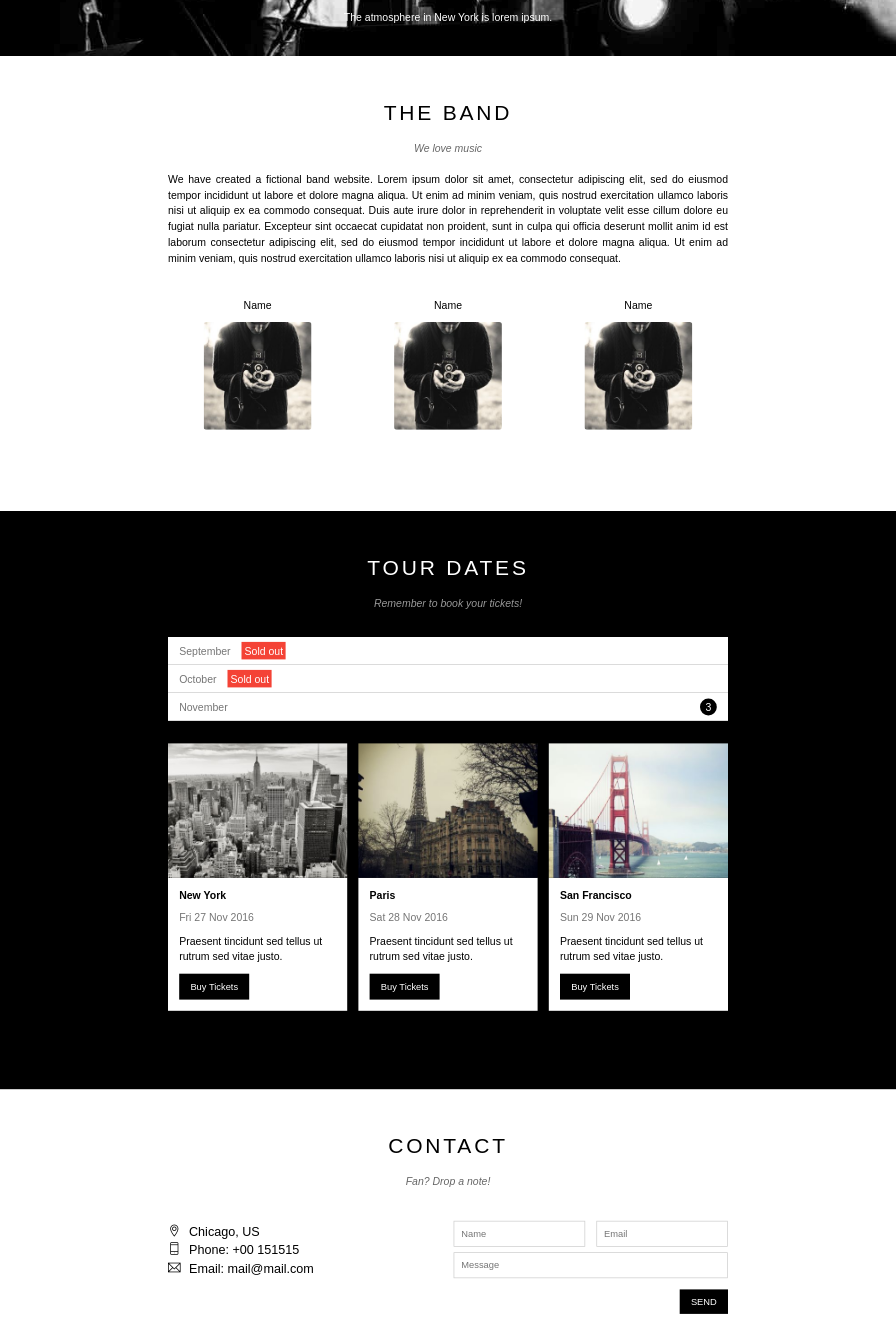
Repository: maivannhan1998/git-w3band
Page: index.html
These files come from the project's save history. The page is drawn as it stood at one moment and after the next save; the edit follows.
The browser window is 1280 px wide. The pictures show the part of the page from y = 560 to 2480 px (the page is 3447 px tall before and 3462 px after), at 70% of full size.

Above is the page before, as saved 2021-09-08 23:16:22.

### index.html
<!DOCTYPE html>
<html lang="en">
<head>
    <meta charset="UTF-8">
    <meta http-equiv="X-UA-Compatible" content="IE=edge">
    <meta name="viewport" content="width=device-width, initial-scale=1.0">
    <title>Document</title>
    <link rel="stylesheet" href="./asset/css/style.css">
    <link rel="stylesheet" href="./asset/fontss/themify-icons/themify-icons.css">
</head>
<body>
    <div id="main">
        <div id="header">
            <!-- Begin: nav -->
            <ul id="nav">
                <li><a href="">Home</a></li>
                <li><a href="">Tour</a></li>
                <li><a href="">Band</a></li>
                <li><a href="">Contact</a></li>
                <li><a href="">
                    More
                    <i class="nav-arrow-down ti-angle-down"></i>
                </a>
                    <ul class="subnav">
                        <li><a href="">Merchandise</a></li>
                        <li><a href="">Extras</a></li>
                        <li><a href="">Media</a></li>
                    </ul>
                </li>
            </ul>
            <!-- End: nav -->

            <!-- Begin: Search button -->
            <div class="search-btn">
                <i class="search-icon ti-search"></i>
            </div>
            <!-- End: Search button -->


        </div>

        <div id="slider">
            <div class="text-content">
                <h2 class="text-heading">New York</h2>
                <div class="text-des">The atmosphere in New York is lorem ipsum.</div>
            </div>
        </div>

        <div id="content">
            <!-- About section -->
            <div class="content-section">
                <h2 class="heading-section">THE BAND</h2>
                <p class="heading-sub-section">We love music</p>
                <p class="about-text">We have created a fictional band website. Lorem ipsum dolor sit amet, consectetur adipiscing elit, sed do eiusmod tempor incididunt ut labore et dolore magna aliqua. Ut enim ad minim veniam, quis nostrud exercitation ullamco laboris nisi ut aliquip ex ea commodo consequat. Duis aute irure dolor in reprehenderit in voluptate velit esse cillum dolore eu fugiat nulla pariatur. Excepteur sint occaecat cupidatat non proident, sunt in culpa qui officia deserunt mollit anim id est laborum consectetur adipiscing elit, sed do eiusmod tempor incididunt ut labore et dolore magna aliqua. Ut enim ad minim veniam, quis nostrud exercitation ullamco laboris nisi ut aliquip ex ea commodo consequat.</p>
                <div class="row members-list">
                    <div class="col col-third text-center">
                         <p class="member-name">Name</p>
                         <img src="./asset/img/band/member1.jpg" alt="Name" class="member-img">
                    </div>
                    <div class="col col-third text-center">
                        <p class="member-name">Name</p>
                        <img src="./asset/img/band/member1.jpg" alt="Name" class="member-img">
                   </div>
                   <div class="col col-third text-center">
                        <p class="member-name">Name</p>
                        <img src="./asset/img/band/member1.jpg" alt="Name" class="member-img">
                    </div>


                </div>
            </div>

            <!--Tour section  -->
            <div class="tour-section">

                <div class="content-section">
                    <h2 class="heading-section text-white">TOUR DATES</h2>
                    <p class="heading-sub-section text-white">Remember to book your tickets!</p>
                    <ul class="tickets-list">
                        <li>September<span class="sold-out">Sold out</span></li>
                        <li>October<span class="sold-out">Sold out</span></li>
                        <li>November<span class="quanity">3</span></li>
                    </ul>

                    <!-- Place section -->
                    <div class="row places-list">
                        <div class="col col-third ">
                            <img src="./asset/img/places/newyork.jpg" alt="New York" class="place-img">
                            <div class="place-content">
                                <h3 class="place-heading">New York</h3>
                                <p class="place-time">Fri 27 Nov 2016</p>
                                <p class="place-des">Praesent tincidunt sed tellus ut rutrum sed vitae justo.</p>
                                <button class="place-buy-btn js-buy-ticket">Buy Tickets</button>
                            </div>
                        </div>

                        <div class=" col col-third ">
                            <img src="./asset/img/places/paris.jpg" alt="Paris" class="place-img">
                            <div class="place-content">
                                <h3 class="place-heading">Paris</h3>
                                <p class="place-time">Sat 28 Nov 2016</p>
                                <p class="place-des">Praesent tincidunt sed tellus ut rutrum sed vitae justo.</p>
                                <button class="place-buy-btn js-buy-ticket">Buy Tickets</button>
                            </div>
                        </div>

                        <div class=" col col-third ">
                            <img src="./asset/img/places/sanfran.jpg" alt="San Francisco" class="place-img">
                            <div class="place-content">
                                <h3 class="place-heading">San Francisco</h3>
                                <p class="place-time">Sun 29 Nov 2016</p>
                                <p class="place-des">Praesent tincidunt sed tellus ut rutrum sed vitae justo.</p>
                                <button class="place-buy-btn js-buy-ticket">Buy Tickets</button>
                            </div>
                        </div>


                    </div>
                </div>


            </div>

            <!-- Contact section -->

            <div class="content-section">
                <h2 class="heading-section">CONTACT</h2>
                <p class="heading-sub-section">Fan? Drop a note!</p>


                <div class="row contact-content">
                    <div class="col col-half contact-info">
                           <p><i class="ti-location-pin"></i>Chicago, US</p>
                           <p><i class="ti-mobile"></i>Phone: +00 151515</p>
                           <p><i class="ti-email"></i>Email: mail@mail.com</p>
                    </div>
                    <div class="col col-half contact-form">
                        <form action="">
                            <div class="row">
                                   <div class="col col-half">
                                       <input type="text" name="" placeholder="Name" required  id="contact-name" class="form-control">
                                   </div>
                                   <div class="col col-half">
                                       <input type="email" name="" placeholder="Email" required id="contact-email" class="form-control">
                                   </div>
                                   <!-- <div class="clear"></div> -->
                            </div>
                            <div class="row mt-8">
                               <div class="col col-full">
                                   <input type="text" name="" placeholder="Message" id="contact-message" required class="form-control">
                               </div>
                            </div>
                            <input class="form-submit-btn mt-16" type="submit" value="SEND">

                        </form>
                    </div>
                </div>
            </div>

            <!-- End contact section -->

            <div class="map-section">
                <img src="./asset/img/map.jpg" alt="Map">
            </div>



        </div>

        <div id="footer">
            <div class="social-list">
                <a href=""><i class="ti-facebook"></i></a>
                <a href=""><i class="ti-instagram"></i></a>
                <a href=""><i class="ti-github"></i></a>
                <a href=""><i class="ti-pinterest"></i></a>
                <a href=""><i class="ti-twitter"></i></a>
                <a href=""><i class="ti-linkedin"></i></a>
            </div>
            <p class="copyright">Powered by <a href="">w3.css</a></p>
        </div>
    </div>

    <div class="modal js-modal">
        <div class= "modal-container js-modal-container">
            <div class="modal-close js-modal-close">
                <i class="ti-close"></i>
            </div>
            <header class="modal-header">
                <i class="modal-tibag-icon ti-bag"></i>
                Tickets
            </header>

            <div class="modal-body">
                <label for="ticket-quanity" class="modal-label">
                    <i class="ti-shopping-cart"></i>
                    Tickets, $15 per person
                </label>
                <input id="ticket-quanity" type="text" class="modal-input" placeholder="How many?">

                <label for="ticket-email" class="modal-label">
                    <i class="ti-user"></i>
                    Send to
                </label>
                <input id="ticket-email" type="email" class="modal-input" placeholder="Enter mail...">

                <button id="buy-tickets">
                    Pay <i class="ti-check"></i>
                </button>


            </div>

            <footer class="modal-footer">
                <p class="modal-help">Need <a href="">help?</a></p>
            </footer>
        </div>
    </div>

 <script>
        const buyBtns = document.querySelectorAll('.js-buy-ticket')
        const modal = document.querySelector('.js-modal')
        const modalContainer = document.querySelector('.js-modal-container')
        const modalClose = document.querySelector('.js-modal-close')

        function showBuyTickets() {
            modal.classList.add('open')
        }
        function hidenBuyTickets() {
            modal.classList.remove('open')
        }

        for ( const buyBtn of buyBtns) {
            buyBtn.addEventListener('click', showBuyTickets )
        }

        modalClose.addEventListener('click', hidenBuyTickets)

        modal.addEventListener('click', hidenBuyTickets)

        modalContainer.addEventListener('click', function(event){
            event.stopPropagation()
        })

    </script>



</body>
</html>

### asset/css/style.css
/* Reset CSS*/
*{
    padding: 0;
    margin: 0;
    box-sizing: border-box;
}

/* common */

.row {
    margin-left: -8px;
    margin-right: -8px;
}

.row::after {
    content: "";
    display: block;
    clear: both;
}

.col {
    float: left;
    padding-left: 8px;
    padding-right: 8px;
}

.col-third {
    width: 33.33333%;
}

.col-half {
    width: 50%;
}

.col-full {
    width: 100%;
}

.text-center {
    text-align: center !important;
}

.clear {
    clear: both;
}

.text-white {
    color: #fff !important;
}

.mt-8 {
    margin-top: 8px;
}

.mt-16 {
    margin-top: 16px;
}

html{
    font-family: Arial, Helvetica, sans-serif;

}

#main{

}

#header{
    position: fixed;
    top: 0;
    left: 0;
    right: 0;
    height: 46px;
    background-color: #000;
    z-index: 1;
}

#nav {
    display: inline-block ;
}

#nav, .subnav {
    list-style-type: none;
}

#nav > li {
    display: inline-block;
}

#nav li{
    position: relative;

}

#nav > li > a {
    color: #fff;
    text-transform: uppercase;
}

#nav li a {
    padding: 0 24px;
    line-height: 46px;
    display: block;
    text-decoration: none;
}
#nav .subnav li:hover a,
#nav > li:hover > a {
    color: #000;
    background-color: #ccc;
}

#nav .subnav {
    display: none;
    position: absolute;
    top: 100%;
    left: 0;
    min-width: 160px;
    background-color: #fff;
    box-shadow: 0 0 10px rgba(0, 0, 0, 0.3);
}

#nav .subnav a {
    color: #000;
    background-color: #fff;
    padding: 0 12px;
    line-height: 38px;

}

#nav li:hover .subnav {
    display: block;
}

.nav-arrow-down {
    font-size: 14px;
}

#header .search-btn {
    float: right;
    padding: 0px 21px;

}

#header .search-btn:hover {
    cursor: pointer;
    background-color: #f44336;
}

#header .search-icon {
    color: #fff;
    font-size: 20px;
    line-height: 46px;
}

#slider{
   /* margin-top: 46px; */
   /* chỉ số % chiều ngang của chính nó (chiều cao lun bằng 1/2 chiều ngang) */
   position: relative;
   padding-top: 50%;
   background: url('../img/slider/slider1.jpg') top center / cover no-repeat;
}

#slider .text-content {
    position: absolute;
    bottom: 47px;
    color: #fff;
    width: 100%;
    /* left: 50%;
   transform: translateX(-50%); */
   text-align: center;

}

#sider .text-heading {
    font-weight: 500;
    font-size: 24px;
}

#slider .text-des {
    font-size: 15px;
    margin-top: 25px;
}

#content{

}

#content .content-section {
    width: 800px;
    /*reponsive */
    max-width: 100%;
   padding: 64px 0 112px;
   margin-left: auto;
   margin-right: auto;

}

#content .heading-section {
    text-align: center;
    font-size: 30px;
    font-weight: 500;
    letter-spacing: 4px;
}

#content .heading-sub-section {
    text-align: center;
    font-size: 15px;
    margin-top: 25px;
    font-style: italic;
    opacity: 0.6;
}

#content .about-text {
    margin-top: 25px;
    text-align: justify;
    font-size: 15px;
    line-height: 1.5;
}

#content .members-list {
    margin-top: 48px;
}



#content .member-name {
    font-size: 15px;
}

#content .member-img {
    width: 154px;
    margin-top: 15px ;
    border-radius: 4px;

}

/* tour section */

.tour-section {
    background-color: #000;
}

.tickets-list {
    margin-top: 40px;
    list-style-type: none;
    background-color: #fff;

}

.tickets-list li {
    color: #757575;
    font-size: 15px;
    padding: 11px 16px;
    border-bottom: 1px solid #ccc;
}

.tickets-list .sold-out {
    color: #fff;
    background-color: #f44336;
    padding: 4px 4px;
    margin-left: 16px;
}

.tickets-list .quanity {
    float: right;
    color: #fff;
    background-color: #000;
    width: 24px;
    height: 24px;
    border-radius: 50%;
    text-align: center;
    margin-top: -3px;
    line-height: 24px;
}

.places-list {
    margin-top: 32px;

}

.place-img{
    width: 100%;
    display: block;
}

.place-img:hover {
    opacity: 0.6;
}

.place-content{
background-color: #fff;
padding: 16px;
font-size: 15px;
}

.place-heading{
    font-size: 15px;
}

.place-time{
    margin-top: 15px;
    color: #757575;
}

.place-des{
    margin: 15px 0;
    line-height: 1.4;
}

.place-buy-btn{
    color: #fff;
    background-color: #000;
    text-decoration: none;
    padding: 11px 16px;
    display: inline-block;
    border: none;
}

.place-buy-btn:hover {
    color: #000;
    background-color: #ccc;
}

/* contact form */

.contact-content {
    margin-top: 48px;
}

.contact-info {
    font-size: 18px;
}

.contact-info i[class*="ti-"]{
    width: 30px;
    display: inline-block;
    line-height: 1.5;
}

.contact-form {
    font-size: 15px;
}

.contact-form .form-control {
    padding: 10px;
    border: 1px solid #ccc;
    width: 100%;
}

.form-submit-btn {
    padding: 10px 16px;
    float: right;
    color: #fff;
    background: #000;
    border: none;
}

.form-submit-btn:hover {
    color: #000;
    background-color: #ccc;
}

.map-section img {
    width: 100%;
}

/* Footer section */

#footer{
    padding: 64px 16px;
    text-align: center;
}

#footer .social-list {
    font-size: 24px;
}

#footer .social-list a {
    color: rgba(0, 0, 0, 0.6);
    text-decoration: none;
}
#footer .copyright a:hover,
#footer .social-list a:hover {
    color: rgba(0, 0, 0, 0.4);
}
#footer .copyright a {
    margin-top: 15px;
    color: rgba(0, 0, 0, 0.6);
}

.modal {
    position: fixed;
    top: 0;
    left: 0;
    right: 0;
    bottom: 0;
    background-color: rgba(0, 0, 0, 0.4);
    align-items: center;
    justify-content: center;
    display: none;
}

.modal.open {
    display: flex;
}

.modal-container {
    background: #fff;
    width: 900px;
    max-width: calc(100% - 32px);
    min-height: 200px;
    position: relative;
    animation: mymove ease 0.5s;
}

.modal-header {
    display: flex;
    align-items: center;
    justify-content: center;
    font-size: 30px;
    color: #fff;
    background-color: #009688;
    min-height: 130px;
    letter-spacing: 4px;
}

.modal-tibag-icon {
    margin-right: 16px;
}

.modal-close {
    position: absolute;
    right: 0;
    top: 0;
    padding: 17px 15px;
    color: #fff;
    cursor: pointer;

}

.modal-close:hover {
    color: #000;
    background-color: #ccc;
}

.modal-body {
    padding: 16px;
}

.modal-label {
    display: block;
    font-size: 15px;
    margin-bottom: 12px;
}

.modal-input {
    border: 1px solid #ccc;
    padding: 11px;
    width: 100%;
    font-size: 15px;
    margin-bottom: 24px;
}

#buy-tickets {
    width: 100%;
    color: #fff;
    background-color: #009688;
    border: none;
    padding: 19px;
    text-transform: uppercase;
    font-size: 15px;
    cursor: pointer;
}

#buy-tickets:hover {
    color: #000;
    background-color: #ccc;
}

.modal-footer {
    padding: 16px;
    float: right;
    font-size: 15px;
}

.modal-footer a {
    color: #2196f3;
    cursor: pointer;
}

@keyframes mymove {
    from{
        transform: translateY(-140px);
        opacity: 0;
    }

    to{
        transform: translateY(0);
        opacity: 1;
    }


}

Loaded but not shown: asset/fontss/themify-icons/themify-icons.css (common file)

After the next save:
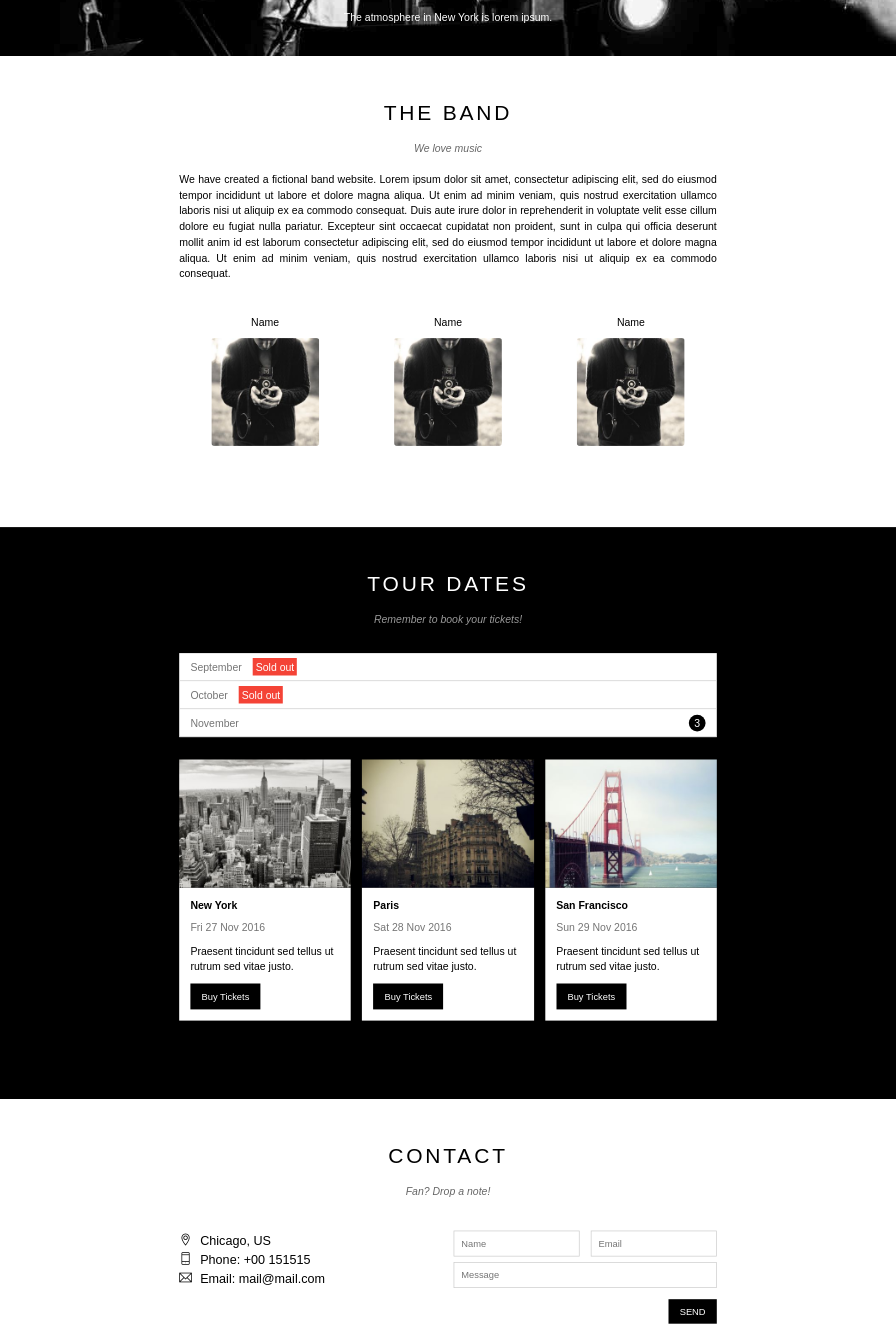
Saved 3 min 54 s later.
--- a/asset/css/style.css
+++ b/asset/css/style.css
@@ -187,11 +187,13 @@
 
 #content .content-section {
     width: 800px;
+    padding: 64px 0 112px;
+    margin-left: auto;
+    margin-right: auto;
     /*reponsive */
     max-width: 100%;
-   padding: 64px 0 112px;
-   margin-left: auto;
-   margin-right: auto;
+    padding-left: 16px;
+    padding-right: 16px;
 
 }
 
